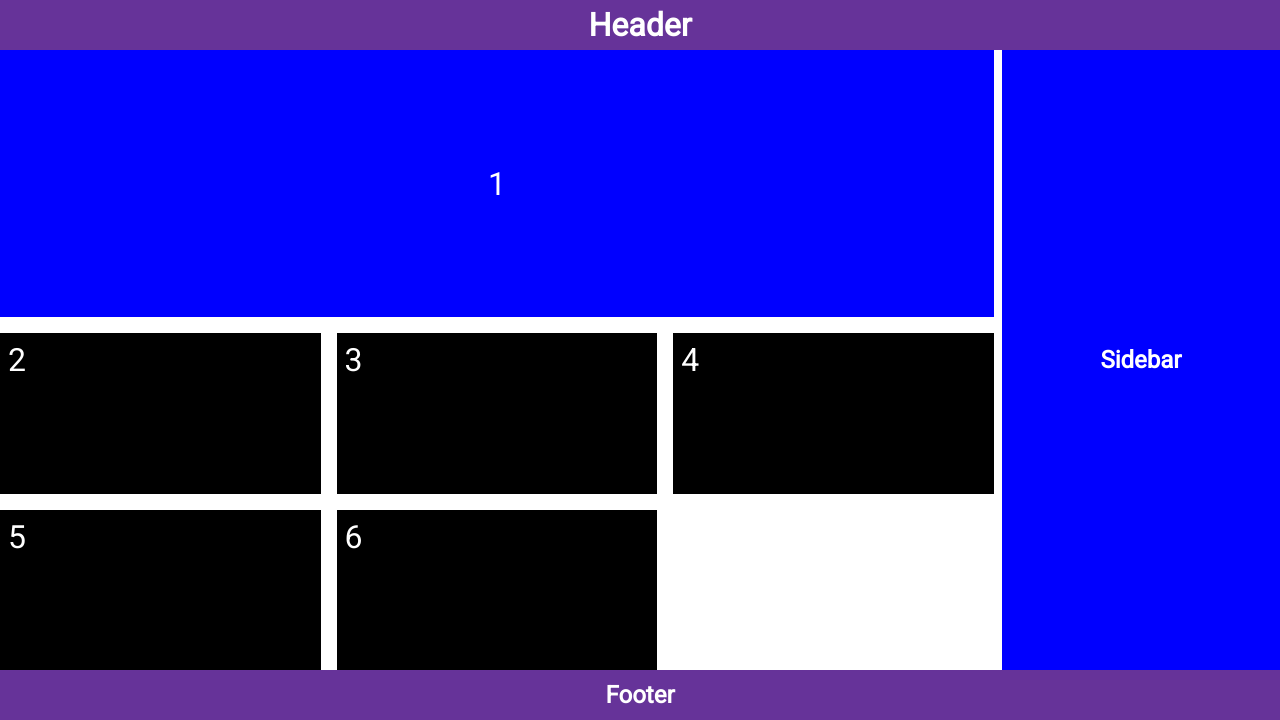
Repository: JavaProgrammerFromEastEurope/project-css-full-tutorial
Page: 15_lesson/index.html
These files come from the project's save history. The page is drawn as it stood at one moment and after the next save; the edit follows.
The browser window is 1280 px wide. The pictures show the whole page.

Above is the page before, as saved 2023-04-07 11:51:46.

After the next save:
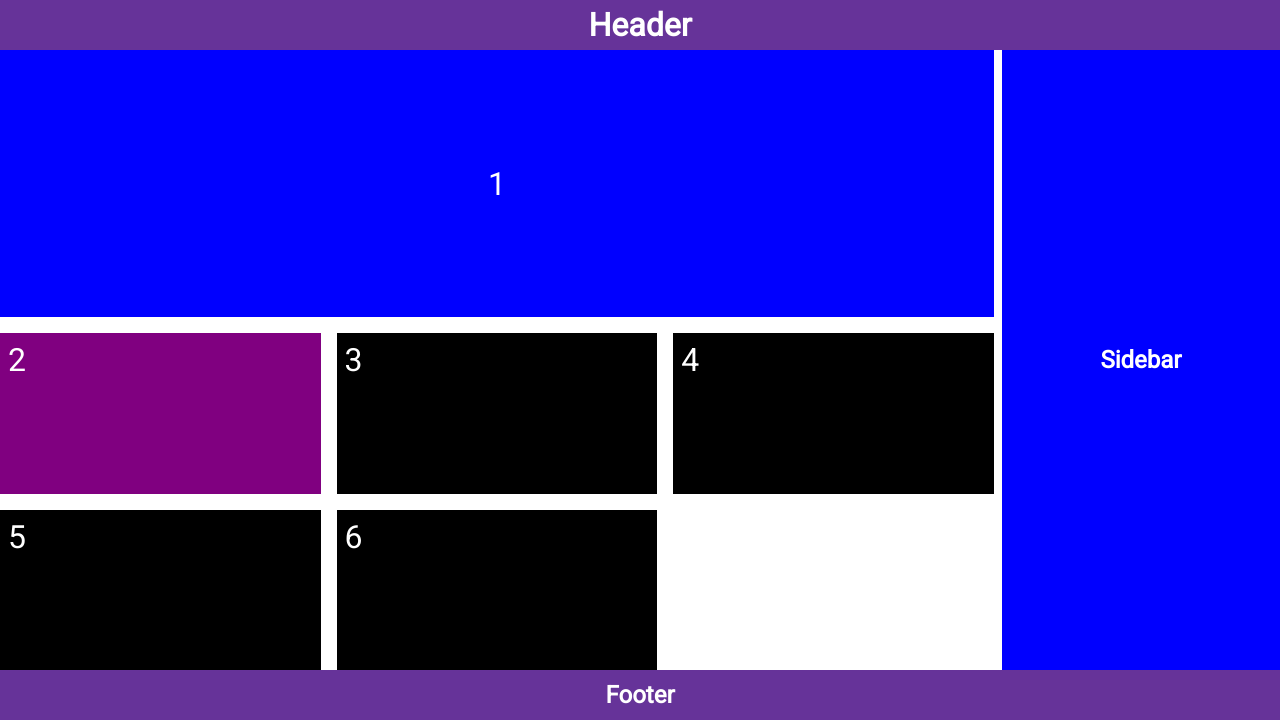
Saved 10 s later.
--- a/15_lesson/css/style.css
+++ b/15_lesson/css/style.css
@@ -66,5 +66,6 @@ body {
 }
 
 .box:nth-child(2) {
-	bac
+	background-color: purple;
+
 }
